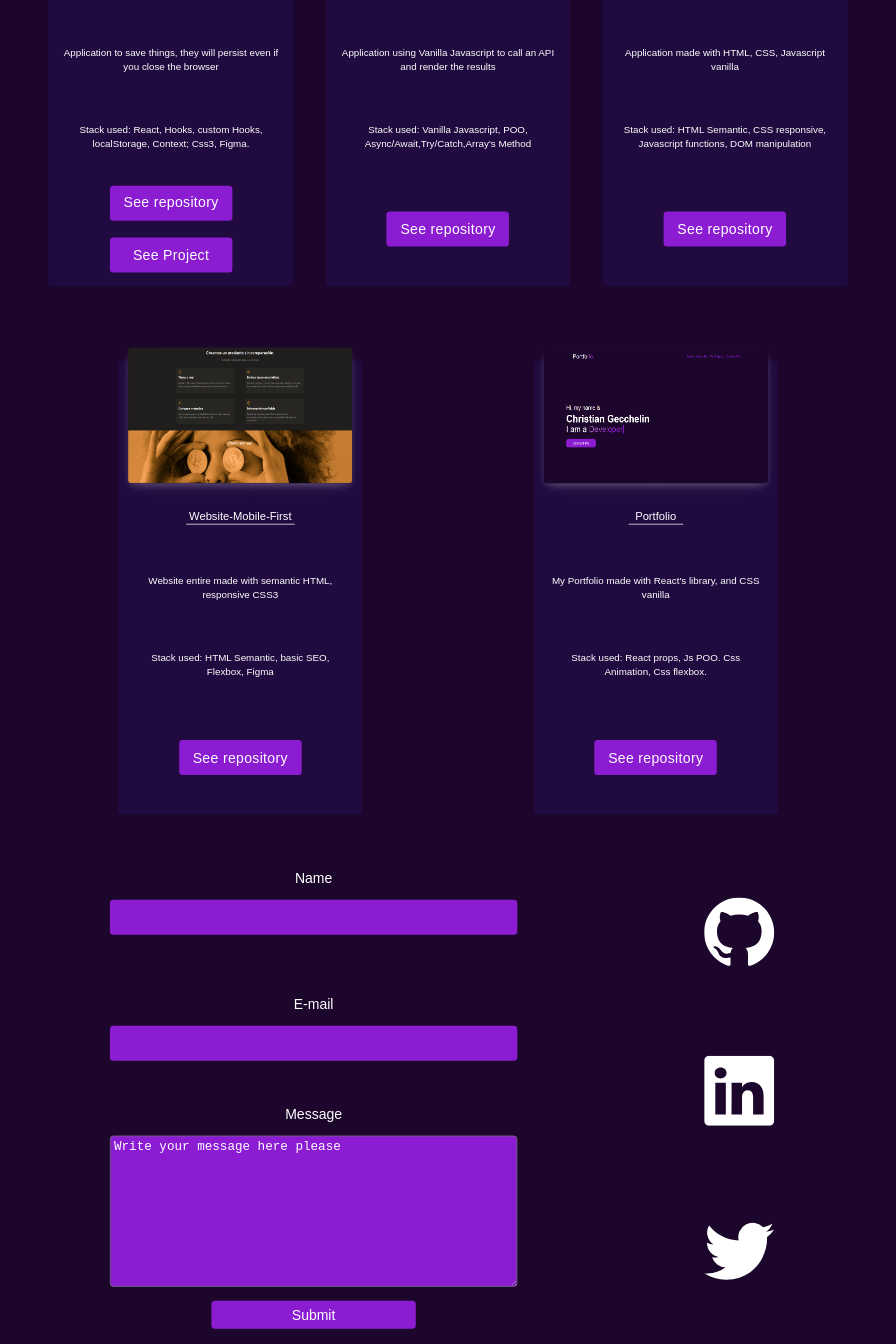
Repository: ChristianGecchelin/portfolio-web
Page: /
The author's editor kept a copy of each file at every save. The page is drawn from the files as they stood at one save, then again after the next save.
The browser window is 1280 px wide. The pictures show the part of the page from y = 1715 to 3635 px (the page is 3635 px tall), at 70% of full size.
The pointer rests on the first visible `.ContactMe-container .form-container form button`.
The project was rebuilt for these pictures with package versions that can differ from the ones it lists, and the page was loaded fresh each time.

Above is the page before, as saved 2022-01-22 18:12:34.

After the next save:
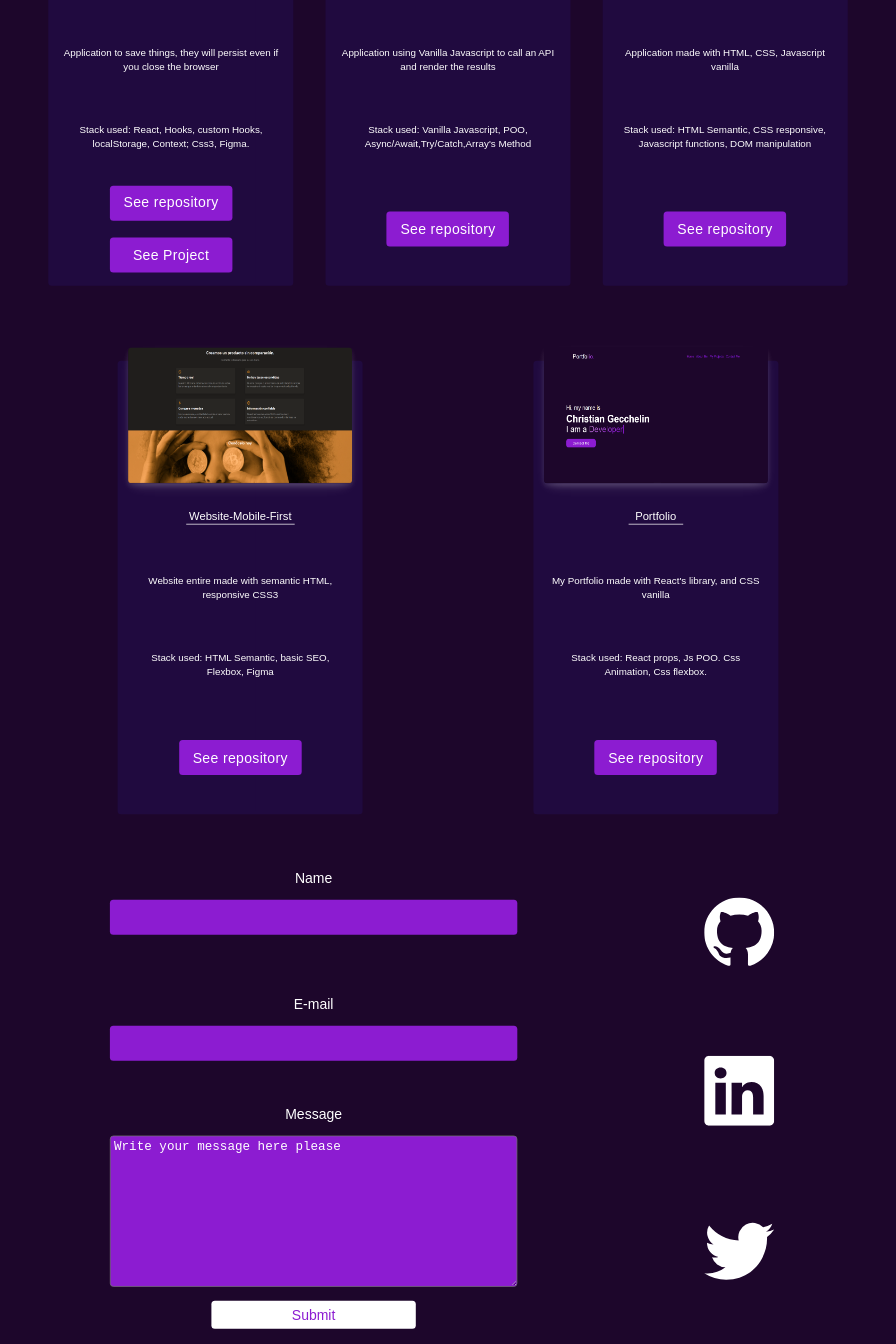
Saved 45 s later.
--- a/src/ContactMe/ContactMe.css
+++ b/src/ContactMe/ContactMe.css
@@ -71,6 +71,10 @@
   font-size: 2rem;
   cursor: pointer;
 }
+.ContactMe-container .form-container form button:hover {
+  color: #8c1cd1;
+  background: #fff;
+}
 .ContactMe-container .form-container form textarea::placeholder {
   color: #fff;
   font-size: 1.8rem;
